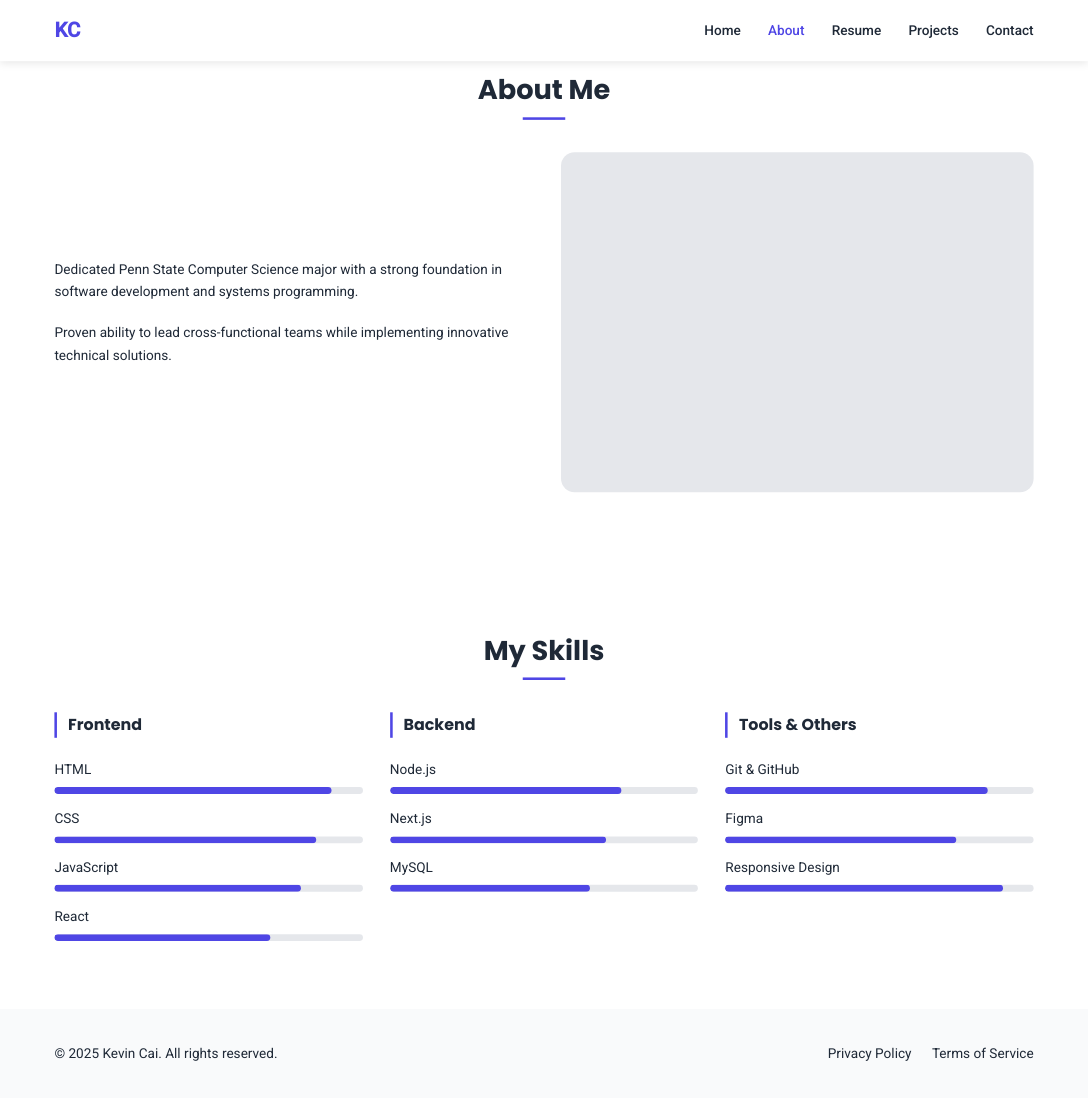
Repository: itskevbo/E-Portfolio
Page: pages/about.html
These files come from the project's save history. The page is drawn as it stood at one moment and after a run of saves; the edit follows.
The browser window is 1280 px wide. The pictures show the whole page, at 85% of full size.

Above is the page before, as saved 2025-04-22 22:10:29.

After the next 2 saves:
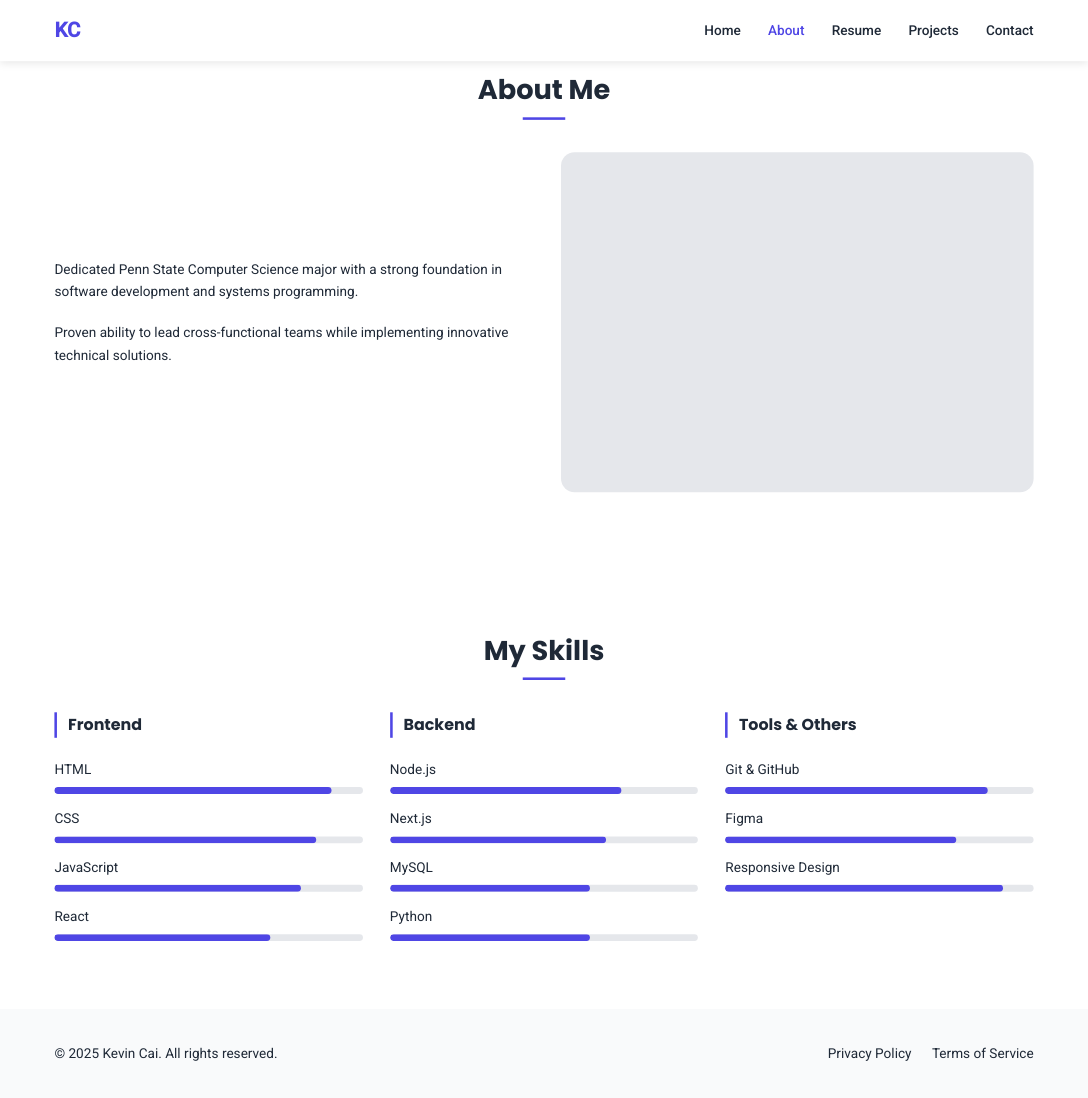
The 2 saves are shown as one change because they came seconds apart.
The last was saved 16 s later.
--- a/pages/about.html
+++ b/pages/about.html
@@ -117,7 +117,12 @@
                                     <div class="skill-item__progress" style="width: 65%"></div>
                                 </div>
                             </div>
-                            <!-- More skills would go here -->
+                            <div class="skill-item">
+                                <span class="skill-item__name">Python</span>
+                                <div class="skill-item__bar">
+                                    <div class="skill-item__progress" style="width: 65%"></div>
+                                </div>
+                            </div>
                         </div>
                     </div>
 

After the save that followed:
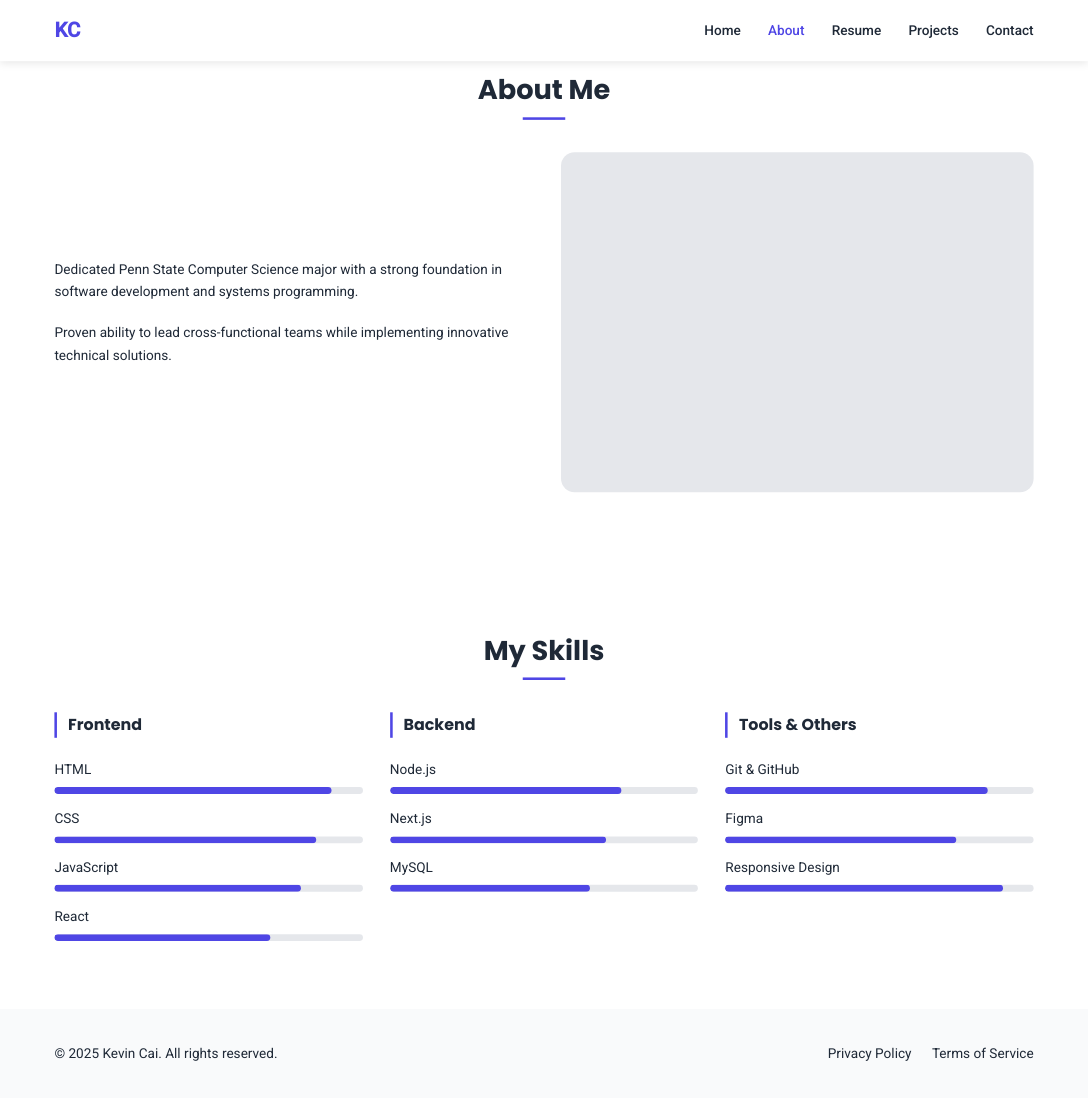
Saved 4 s later.
--- a/pages/about.html
+++ b/pages/about.html
@@ -117,12 +117,7 @@
                                     <div class="skill-item__progress" style="width: 65%"></div>
                                 </div>
                             </div>
-                            <div class="skill-item">
-                                <span class="skill-item__name">Python</span>
-                                <div class="skill-item__bar">
-                                    <div class="skill-item__progress" style="width: 65%"></div>
-                                </div>
-                            </div>
+                            <!-- More skills would go here -->
                         </div>
                     </div>
 
